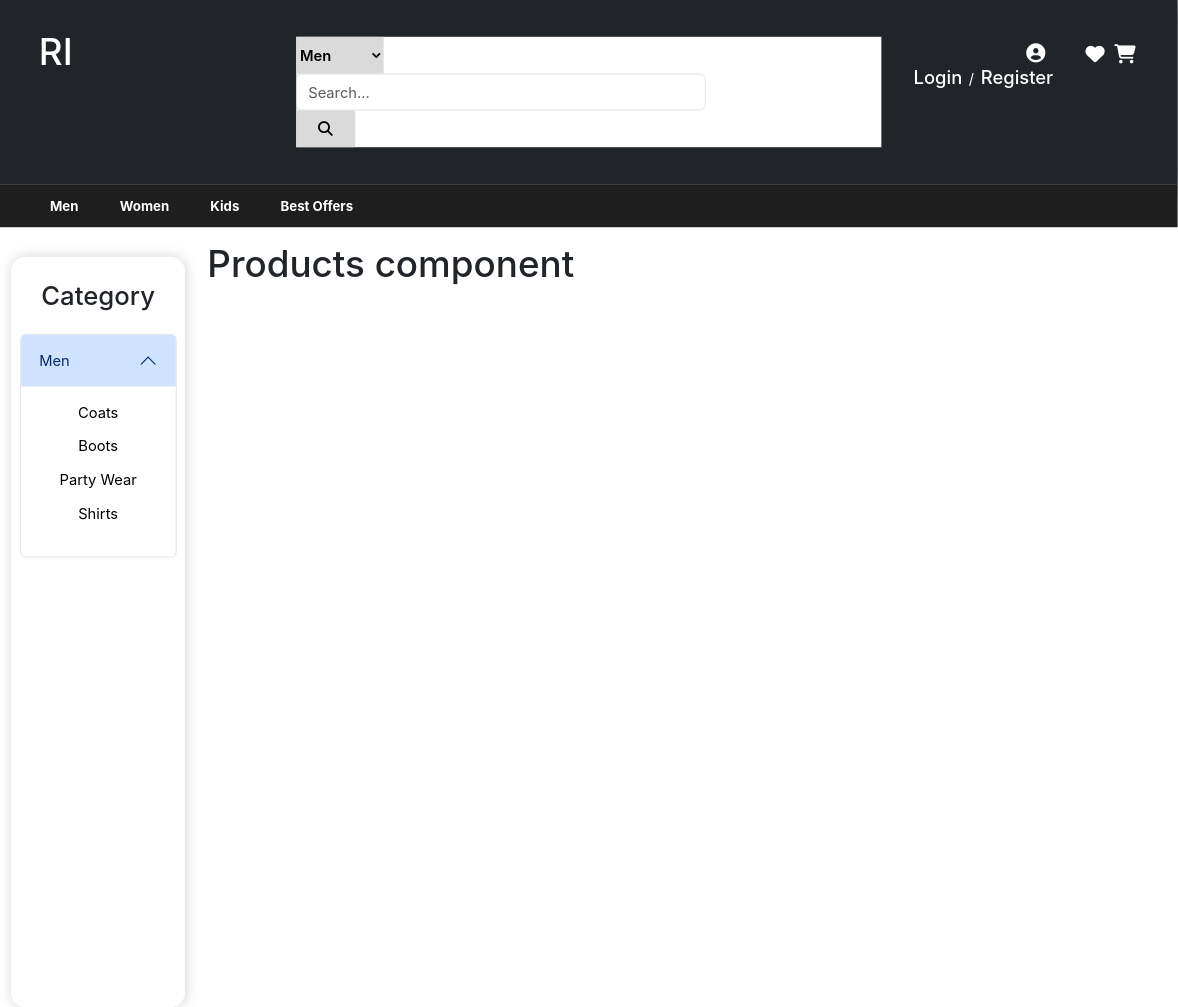
Repository: KodandaraoChellapilli/e-store
Page: /
These files come from the project's save history. The page is drawn as it stood at one moment and after the next save; the edit follows.
The browser window is 1280 px wide. The pictures show the whole page, at 92% of full size.
The project was rebuilt for these pictures with package versions that can differ from the ones it lists, and the page was loaded fresh each time. Also part of the build but not shown: src/App.css, src/Components/Products/_products.scss.

Above is the page before, as saved 2025-06-10 12:29:27.

### public/index.html
<!DOCTYPE html>
<html lang="en">
  <head>
    <meta charset="utf-8" />
    <link rel="icon" href="%PUBLIC_URL%/favicon.ico" />
    <meta name="viewport" content="width=device-width, initial-scale=1" />
    <meta name="theme-color" content="#000000" />
    <meta
      name="description"
      content="Web site created using create-react-app"
    />
    <link rel="apple-touch-icon" href="%PUBLIC_URL%/logo192.png" />
    <!--
      manifest.json provides metadata used when your web app is installed on a
      user's mobile device or desktop. See https://developers.google.com/web/fundamentals/web-app-manifest/
    -->
    <link rel="manifest" href="%PUBLIC_URL%/manifest.json" />

    <link rel="stylesheet"   href="https://cdnjs.cloudflare.com/ajax/libs/font-awesome/6.7.2/css/all.min.css"/>


    <link href="https://cdn.jsdelivr.net/npm/bootstrap@5.3.6/dist/css/bootstrap.min.css" rel="stylesheet" integrity="sha384-4Q6Gf2aSP4eDXB8Miphtr37CMZZQ5oXLH2yaXMJ2w8e2ZtHTl7GptT4jmndRuHDT" crossorigin="anonymous">
    <!--
      Notice the use of %PUBLIC_URL% in the tags above.
      It will be replaced with the URL of the `public` folder during the build.
      Only files inside the `public` folder can be referenced from the HTML.

      Unlike "/favicon.ico" or "favicon.ico", "%PUBLIC_URL%/favicon.ico" will
      work correctly both with client-side routing and a non-root public URL.
      Learn how to configure a non-root public URL by running `npm run build`.
    -->
    <title>React App</title>
  </head>
  <body>
    <noscript>You need to enable JavaScript to run this app.</noscript>
    <div id="root"></div>
    <!--
      This HTML file is a template.
      If you open it directly in the browser, you will see an empty page.

      You can add webfonts, meta tags, or analytics to this file.
      The build step will place the bundled scripts into the <body> tag.

      To begin the development, run `npm start` or `yarn start`.
      To create a production bundle, use `npm run build` or `yarn build`.
    -->
    <script src="https://cdn.jsdelivr.net/npm/bootstrap@5.3.6/dist/js/bootstrap.bundle.min.js" integrity="sha384-j1CDi7MgGQ12Z7Qab0qlWQ/Qqz24Gc6BM0thvEMVjHnfYGF0rmFCozFSxQBxwHKO" crossorigin="anonymous"></script>

  </body>
</html>

### src/App.js
import logo from './logo.svg';
import './App.css';
import TopNav from './Components/TopNav';
import  CatNav from './Components/CatNav';
import MainComponent from './Components/MainComponent';



function App() {
  return (
    <div className="App">

      <TopNav />
      <CatNav />
      <MainComponent />

    </div>
  );
}

export default App;

### src/Components/TopNav/index.js
import './_top-nav.scss';

const TopNav = () => {
    return (
        <div className='header bg-dark'>
            <div className='row top-nav-row'>

                <div className='brand my-1'>
                    <h1>RI</h1>
                </div>

                <div className='inp-container p-0 my-4 w-50 h-25 bg-white'>
                    <div className='dropdown m-0 p-0'>
                        <select className='select-btn w-100 p-0 m-0'>
                            <option>Men</option>
                            <option>Women</option>
                            <option>Kids</option>
                        </select>
                    </div>

                    <input className='form-control' placeholder='Search...' />
                    <button type="button"><i className='fa fa-search'></i></button>
                </div>

                <div className='login-container p-0'>
                    <i className='fa fa-user-circle user-icon'></i>
                    <div className='auth-links'>
                        <h5><a href='/login'>Login</a></h5>
                        <span> / </span>
                        <h5><a href='/register'>Register</a></h5>
                    </div>
                </div>

                <div className='cart-wishlist'>
                    <ul className='p-0'>
                        <li className='list-icon'><i className='fa fa-heart'></i></li>
                        <li className='list-icon'><i className='fa fa-shopping-cart'></i></li>
                    </ul>
                </div>

            </div>
        </div>
    );
};

export default TopNav;

### src/Components/CatNav/index.js
import './_cat-nav.scss';


const CatNav =()=> {
    return (
        <>

        <div className='cat-nav-container continer'>
            <ul>
                <li className ='list-items'> <a href='#'> Men  </a></li>
                <li className ='list-items' > <a href='#'> Women </a></li>
                <li  className ='list-items'> <a href='#'> Kids </a></li>
                <li  className ='list-items'> <a href='#'> Best Offers </a></li>

            </ul>
        </div>


        </>
    )
}

export default CatNav;

### src/Components/MainComponent/index.js
import './_main-component.scss';
import SideNav from '../SideNav';
import Products from '../Products';

const MainComponent =()=> {

    return (
        <div>
            <div className='container-fluid'>
                <div className='row'>

                     <div className='col-lg-2 col-md-3 col-sm-4'>
                    <SideNav/>
                </div>

                <div className='col-lg-10 col-md-9 col-sm-8'>

                    <Products/>

                </div>



                </div>

            </div>
        </div>
    )
}

export default MainComponent;

### src/Components/TopNav/_top-nav.scss
@import '../../style/sass/variables';

.header {
  max-width: 100%;
  box-shadow: 5px 5px 20px gray;
  padding: 1em;
}

.top-nav-row div {
  display: inline-block;
}

.brand {
  color: white;
  margin-left: 2%;
  padding: 0.8em;
  width: 23%;
}

.inp-container {
  display: flex;
  align-items: center;
  width: 50%;
  padding: 0.5em;
  background-color: white;
}

.inp-container .dropdown {
  width: 15%;
  margin-right: 0.5em;
}

// ❌ Removed this typo
// .drropdown {
//   width: 15%;
// }

.select-btn {
  height: $element-height;
  border: none;
  background-color: #dadada;
  font-weight: 600;
  width: 100%;
}

.inp-container input {
  width: 70%;
  height: $element-height;
  margin-right: 0.5em;
}

.inp-container button {
  width: 10%;
  height: $element-height;
  border: none;
  background-color: #dadada;
}

.login-container {
  width: 15%;
  color: white;
  text-align: right;
  margin: 1.7em 0.2em 0 0;
}

.user-icon {
  margin-right: 0.4em;
  padding: 0.2em;
  font-size: $icon-font;
}

.auth-links {
  display: inline-block;
}

.login-container h5,
.login-container span {
  display: inline-block;
  margin: 0 0.2em;
}

.login-container a {
  text-decoration: none;
  color: white;
}

.cart-wishlist {
  width: 7%;
  margin-top: 1.7em;
  margin-left: 1em;
}

.cart-wishlist .list-icon {
  color: white;
  font-size: $icon-font;
  list-style-type: none;
  display: inline-block;
  margin-right: 0.5em;
}

### src/Components/CatNav/_cat-nav.scss
@import '../../style/sass/variables';
@import '../../style/sass/mixins';


.cat-nav-container {
  background-color: #1e1e1e; // Dark background for nav
  max-width: 100%; // Makes the nav bar take full width
  border-top: 1px solid #444444; // Adds a subtle top border

  .list-items {
    list-style-type: none; // Removes bullets from the list
    display: inline-block; // Aligns list items horizontally
    margin: 0.2em 1em; // Space around each list item
    padding: 0.4em; // Inner spacing
    height: 2.5em; // Sets height of each item
  }

  a {
    text-decoration: none; // Removes underline from links
    color: white; // Makes link text white
    height: 1.8em; // Sets height of the anchor tag
    font-size: 0.9em; // Slightly smaller font
    font-weight: 700; // Makes text bold

    @include underline-transition(1.1); // Applies underline transition effect


  }
}

### src/Components/SideNav/index.js
import './_side-nav.scss';

const SideNav = () => {
  return (
    <div className='side-nav'>
      <div className='section-title'>
        <h3>Category</h3>
      </div>

      <div className='accordion'>
        <div className='accordion-item individual-category'>
          <div className='accordion-header'>
            <button
              className='accordion-button'
              data-bs-target="#accordion-heading-one"
              data-bs-toggle="collapse"
            >
              Men
            </button>
          </div>

          <div
            className='accordion-collapse collapse show'
            id='accordion-heading-one'
            data-bs-parent=".accordion"
          >
            <div className='accordion-body'>
              <ul>
                <li className='sub-items'><a href='#'>Coats</a></li>
                <li className='sub-items'><a href='#'>Boots</a></li>
                <li className='sub-items'><a href='#'>Party Wear</a></li>
                <li className='sub-items'><a href='#'>Shirts</a></li>
              </ul>
            </div>
          </div>
        </div>
      </div>
    </div>
  );
};

export default SideNav;

### src/Components/Products/index.js
import './_products.scss';

const Products = () => {
    return (
        <div>
            <h1>Products component</h1>
        </div>
    )
}

export default Products;

### src/style/sass/_variables.scss
$accent-color: red;
$icon-font: 1.3em;
$element-height: 2.5em;

### src/style/sass/_mixins.scss
@mixin transition($property, $duration) {
  transition-property: $property;
  transition-duration: $duration;
}


@mixin underline-transition($width){
     &::after {
      content: ''; // Creates a fake element after <a>
      display: block; // Makes it act like a visible block
      bottom: 0; // Align it to bottom (needs position to work correctly)
      left: 0; // Align it to left side
      height: 0.2em; // Thin line height
      background-color:$accent-color; // Line color
      transform: scaleX(0); // Starts invisible
      @include transition(transform, 0.2s )
    }

    &:hover::after {
      transform: scaleX($width); // When hovering, stretch the line slightly
    }
}

### src/Components/SideNav/_side-nav.scss
@import "../../style/sass/mixins";
@import "../../style/sass/variables";

.side-nav{
    margin-top: 1em;
    padding: 0.6em;
    box-shadow: 1px 0px 14px 0px lightgray;
    height: 51em;
    border-radius: 1em;


    .section-title{
        padding: 1em;

        h3{
            text-align: center;
        }
    }

    .individual-category{
        ul{
            padding: 0;
        }
        .sub-items{
            text-align: center;
            margin-bottom: 0.6em;

            list-style-type: none; // Removes bullets from the list
            a{
                text-decoration: none; // Removes underline from linls
                color: black; // Makes link text black
                @include underline-transition(0.3); // Applies underline transition effect
            }
        }
    }
}

Loaded but not shown: src/index.js (common file); src/index.css (common file); src/reportWebVitals.js (common file); src/Components/MainComponent/_main-component.scss (no stored copy; drawn as an empty file)

After the next save:
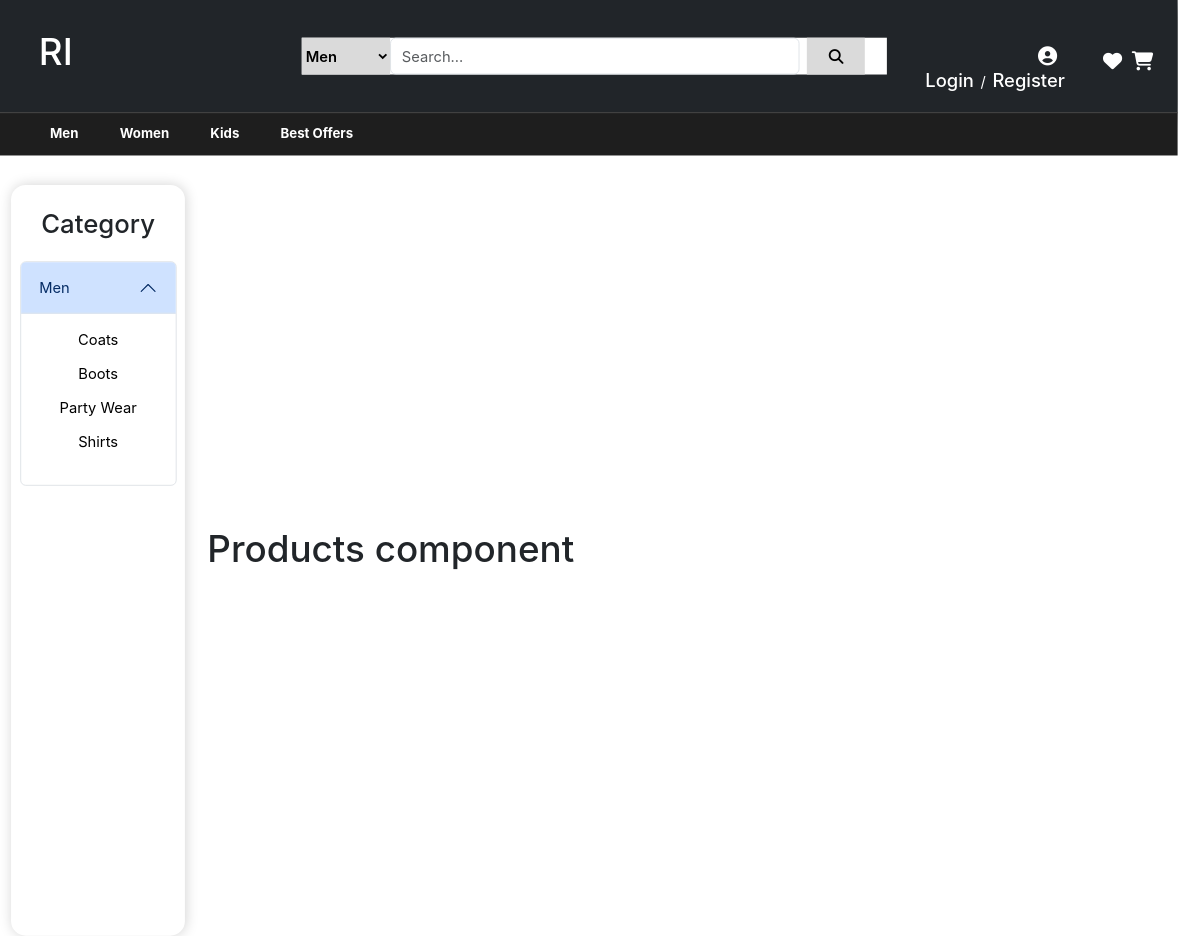
Saved 33 s later.
--- a/src/Components/TopNav/_top-nav.scss
+++ b/src/Components/TopNav/_top-nav.scss
@@ -6,8 +6,11 @@
   padding: 1em;
 }
 
-.top-nav-row div {
-  display: inline-block;
+.row {
+  display: flex;
+  align-items: center;
+  flex-wrap: wrap;
+  justify-content: space-between;
 }
 
 .brand {
@@ -30,10 +33,9 @@
   margin-right: 0.5em;
 }
 
-// ❌ Removed this typo
-// .drropdown {
-//   width: 15%;
-// }
+.drropdown{
+    width: 15%;
+}
 
 .select-btn {
   height: $element-height;
